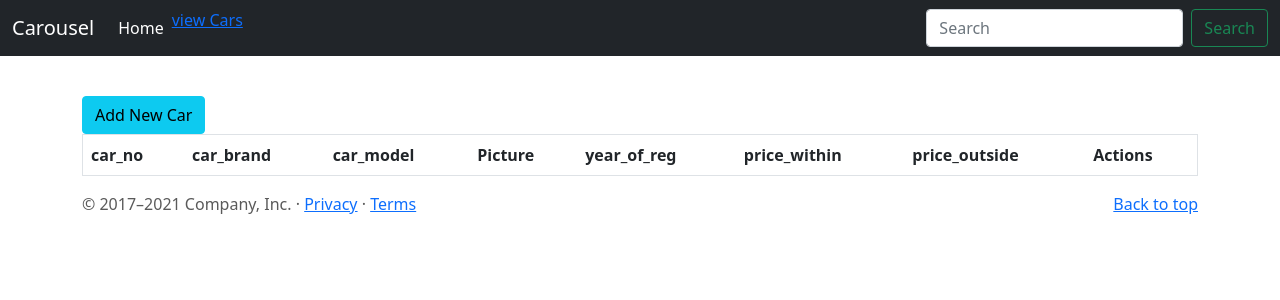
Repository: Cwills21/Aiti-dbc26.1-group-2
Page: http://localhost/cars
An editor plug-in stored every save of this project. The page is shown before and after the next save, followed by the edit.
The browser window is 1280 px wide. The pictures show the whole page.
The page is served by the project's Laravel application, run on PHP 8.4 with Laravel 8. Other server files are loaded and not shown. Queries for data that is not in the repository find no rows.

Above is the page before, as saved 2022-03-09 22:59:20.

### routes/web.php
<?php

use App\Http\Controllers\CarController;
use Illuminate\Support\Facades\Route;

/*
|--------------------------------------------------------------------------
| Web Routes
|--------------------------------------------------------------------------
|
| Here is where you can register web routes for your application. These
| routes are loaded by the RouteServiceProvider within a group which
| contains the "web" middleware group. Now create something great!
|
*/

Route::get('/', function () {
    return view('welcome');
});

Route::get('/dashboard', function () {
    return view('dashboard');
})->middleware(['auth'])->name('dashboard');

require __DIR__.'/auth.php';

//Cars
Route::prefix('/cars')->group(function(){
    Route::get('/', [CarController::class, 'showAllCars'])->name('showAllCars');
    Route::get('/add', [CarController::class, 'showAddCarPage'])->name('showAddCarPage');
    Route::get('/{id}/edit', [CarController::class, 'showEditCarPage'])->name('updateCar');

    Route::post('/', [CarController::class, 'saveCar'])->name('saveCar');
    Route::put('/', [CarController::class, 'updateCar']);
    Route::delete('/', [CarController::class, 'deleteCar'])->name('deleteCar');

    });

### app/Http/Controllers/CarController.php
<?php

namespace App\Http\Controllers;

use Illuminate\Http\Request;
use App\Models\Car;

class CarController extends Controller
{
    public function showAllCars() {
        $allCars = Car::paginate(10);
        return view('cars.list')
                ->with('cars', $allCars);
    }

    public function showAddCarPage(){
       return view('cars.cars-form')
         ->with('car', new Car)
         ->with('edit', false);
    }

    public function showEditCarPage($id){
        $car = Car::findOrFail($id);
        return view('cars.cars-form')
         ->with('edit', true)
         ->with('car', $car);
    }
    public function savecar(Request $request){
        $request->validate([
     'car_no' => 'required|min:3|max:10|unique:cars,car_no',
     'car_brand' => 'required|min:3|max:50',
     'car_model' => 'required|min:3|max:50',
     'year_of_reg' => 'required|min:4|max:4',
     'price_within'=> 'required|numeric',
     'price_outside'=> 'required|numeric',
     'picture'=> 'image',

 ],[
     // custom messages
     'unique' => 'This :attribute is already registered in the system'
 ],[
     // custom attribute names
     'car_no' => 'Car munber',
 ]);
 $path = $request->file('picture')
     ->store('images');
 $newCar = new Car();
 $newCar->car_no = $request->input('car_no');
 $newCar->car_brand = $request->input('car_brand');
 $newCar->car_model = $request->input('car_model');
 $newCar->year_of_reg = $request->input('year_of_reg');
 $newCar->price_within = $request->input('price_within');
 $newCar->price_outside = $request->input('price_outside');
 $newCar->picture = $path;
 $newCar->save();
 session()->flash('alert', $newCar->Carname. ' Added successfully');
 return redirect('/cars');

}
public function updateCar(Request $request){
    $path = $request->file('picture')
     ->store('images');
    $car = Car::findOrFail( $request->input('id'));
    $car->car_no = $request->input('car_no');
    $car->car_brand = $request->input('car_brand');
    $car->car_model = $request->input('car_model');
    $car->year_of_reg = $request->input('year_of_reg');
    $car->price_within = $request->input('price_within');
    $car->price_outside = $request->input('price_outside');
    $car->picture = $path;
    $car->save();
    session()->flash('alert', $car->Carname. ' updated successfully');
    return redirect('/cars');
}
public function deleteCar(Request $request){
    $car = Car::findOrFail( $request->input('id'));
    $car->delete();
    session()->flash('alert', $car->Carname. ' deleted successfully');
    return redirect('/cars');
}
}

### app/Models/Car.php
<?php

namespace App\Models;

use Illuminate\Database\Eloquent\Factories\HasFactory;
use Illuminate\Database\Eloquent\Model;

class Car extends Model
{
    use HasFactory;

    public function getCarnameAttribute(){
        return $this->car_brand. ' '. $this->car_model. ' '. $this->car_no;
    }
}

### resources/views/cars/list.blade.php
@extends('layout.master')

@section('page_title', 'List of Cars')

@section('content')
<div>
    <a href="/cars/add" class="btn btn-info">Add New Car</a>
</div>
  <table class="table border">
  <thead>
    <tr>
      <th scope="col">car_no </th>
      <th scope="col">car_brand</th>
      <th scope="col">car_model</th>
      <th scope="col">Picture</th>
      <th scope="col">year_of_reg</th>
      <th scope="col">price_within</th>
      <th scope="col">price_outside</th>
      <th scope="col">Actions</th>
    </tr>
  </thead>
  <tbody>
      @foreach ($cars as $car)
      <tr>
        <td>{{$car->car_no}}</td>
        <td>{{$car->car_brand}}</td>
        <td>{{$car->car_model}}</td>
        <td><img style="height:80px" src="{{asset($car->picture)}}" class="img-thumbnail rounded"></td>
        <td>{{$car->year_of_reg}}</td>
        <td>{{$car->price_within}}</td>
        <td>{{$car->price_outside}}</td>
        <td class="right">
            <a type="button"
            href="{{route('updateCar', ['id' => $car->id])}}"
            class="btn btn-info">Edit</a>

            <button type="button"
            onclick="openModal('{{$car->Carname}}', '{{$car->id}}')"
            class="btn btn-danger"
            data-bs-toggle="modal"
            data-bs-target="#deleteCarModal">Delete</button>
        </td>
      </tr>

      @endforeach
  </tbody>
</table>

 <form action="/cars" name="delete_form" method="POST">
    @method('DELETE')
    @csrf
    <input type="hidden" id="car_id_in_form" name="id">
</form>

{{-- confirmation modal --}}
<div class="modal fade" tabindex="-1" id="deleteCarModal"
data-bs-backdrop="static"
data-bs-keyboard="false">
  <div class="modal-dialog">
    <div class="modal-content">
      <div class="modal-header">
        <h5 class="modal-title">Confirm Delete</h5>
        <button type="button" class="btn-close" data-bs-dismiss="modal" aria-label="Close"></button>
      </div>
      <div class="modal-body">
        <p>
            Are you sure you want to delete Car :
            <strong><em><span id="car_name_in_modal"></span></em></strong> ?
        </p>
      </div>
      <div class="modal-footer">
        <button type="button" class="btn btn-secondary" data-bs-dismiss="modal">Cancel</button>
        <button type="button" onclick="deleteCar()" class="btn btn-danger">Yes, delete record</button>
      </div>
    </div>
  </div>
</div>

<script>
    function openModal(carName, carId){
       const modalCarName = document.getElementById('car_name_in_modal');
       const formCarId = document.getElementById('car_id_in_form');
       modalCarName.textContent = carName;
       formCarId.value = carId;
    }

    function deleteCar(){
        const deleteForm = document.forms['delete_form'];
        deleteForm.submit();
    }
</script>
{{$cars->links()}}
@endsection

### resources/views/layout/master.blade.php

<!doctype html>
<html lang="en">
  <head>
    <meta charset="utf-8">
    <meta name="viewport" content="width=device-width, initial-scale=1">
    <meta name="description" content="">
    <meta name="author" content="Mark Otto, Jacob Thornton, and Bootstrap contributors">
    <meta name="generator" content="Hugo 0.88.1">
    <title>Carousel Template · Bootstrap v5.1</title>

    <link rel="canonical" href="https://getbootstrap.com/docs/5.1/examples/carousel/">



    <!-- Bootstrap core CSS -->
<link href="https://cdn.jsdelivr.net/npm/bootstrap@5.1.3/dist/css/bootstrap.min.css" rel="stylesheet" integrity="sha384-1BmE4kWBq78iYhFldvKuhfTAU6auU8tT94WrHftjDbrCEXSU1oBoqyl2QvZ6jIW3" crossorigin="anonymous">
    <!-- Favicons -->
<link rel="apple-touch-icon" href="/docs/5.1/assets/img/favicons/apple-touch-icon.png" sizes="180x180">
<link rel="icon" href="/docs/5.1/assets/img/favicons/favicon-32x32.png" sizes="32x32" type="image/png">
<link rel="icon" href="/docs/5.1/assets/img/favicons/favicon-16x16.png" sizes="16x16" type="image/png">
<link rel="manifest" href="/docs/5.1/assets/img/favicons/manifest.json">
<link rel="mask-icon" href="/docs/5.1/assets/img/favicons/safari-pinned-tab.svg" color="#7952b3">
<link rel="icon" href="/docs/5.1/assets/img/favicons/favicon.ico">
<meta name="theme-color" content="#7952b3">


    <style>
      .bd-placeholder-img {
        font-size: 1.125rem;
        text-anchor: middle;
        -webkit-user-select: none;
        -moz-user-select: none;
        user-select: none;
      }

      @media (min-width: 768px) {
        .bd-placeholder-img-lg {
          font-size: 3.5rem;
        }
      }
    </style>


    <!-- Custom styles for this template -->
    <!-- <link href="carousel.css" rel="stylesheet"> -->
    <link href="{{url('css/carousel.css') }}" rel="stylesheet">
  </head>
  <body>

<header>

<div class="collapse navbar-collapse navbar-right">
                    <ul class="nav navbar-nav">
                        <li class="scroll active"><a href="#home">Home</a></li>
                        <li class="scroll"><a href="#services">Our Service</a></li>
                        <li class="scroll"><a href="#about">About Us</a></li>
                        <li class="scroll"><a href="{{ route('showAllCars') }}">view Cars</a></li>
                        <li class="scroll"><a href="#portfolio">Our Cars</a></li>
                        <li class="scroll"><a href="#our-team">Team</a></li>
                        <li class="scroll"><a href="#pricing">Pricing</a></li>
                        <li class="scroll"><a href="#contact-us">Contact</a></li>
                        @if (Route::has('login'))
                        @auth
                        <form method="POST" action="{{ route('logout') }}">
                                    @csrf
                                    <x-responsive-nav-link :href="route('logout')"
                                            onclick="event.preventDefault();
                                                        this.closest('form').submit();">
                                        <li class="scroll">Log Out</li>
                                    </x-responsive-nav-link>
                        </form>
                        @else
                        <li class="scroll">
                            <a href="{{ route('login') }}" class="nav-link text-success">Log in</a>
                        </li>
                            @if (Route::has('register'))
                        <li class="scroll">
                            <a href="{{ route('register') }}" class="nav-link text-info">Register</a>
                        </li>
                            @endif
                        @endauth

                    @endif
                    </ul>

                </div>




  <nav class="navbar navbar-expand-md navbar-dark fixed-top bg-dark">
    <div class="container-fluid">
      <a class="navbar-brand" href="#">Carousel</a>
      <button class="navbar-toggler" type="button" data-bs-toggle="collapse" data-bs-target="#navbarCollapse" aria-controls="navbarCollapse" aria-expanded="false" aria-label="Toggle navigation">
        <span class="navbar-toggler-icon"></span>
      </button>
      <div class="collapse navbar-collapse" id="navbarCollapse">
        <ul class="navbar-nav me-auto mb-2 mb-md-0">
          <li class="nav-item">
            <a class="nav-link active" aria-current="page" href="/">Home</a>
          </li>
          <li class="nav-item">
          <a href="{{ route('showAllCars') }}">view Cars</a>
          </li>
          <!-- <li class="nav-item">
            <a class="nav-link disabled">Disabled</a>
          </li> -->
        </ul>
        <form class="d-flex">
          <input class="form-control me-2" type="search" placeholder="Search" aria-label="Search">
          <button class="btn btn-outline-success" type="submit">Search</button>
        </form>
      </div>
    </div>
  </nav>
</header>



<div class="container mt-5">
        @include('common.alert')
        {{-- @include('common.errors') --}}
        @yield('content')
</div>


  <!-- FOOTER -->
  <footer class="container">
    <p class="float-end"><a href="#">Back to top</a></p>
    <p>&copy; 2017–2021 Company, Inc. &middot; <a href="#">Privacy</a> &middot; <a href="#">Terms</a></p>
  </footer>

<!-- JavaScript Bundle with Popper -->
<script src="https://cdn.jsdelivr.net/npm/bootstrap@5.1.3/dist/js/bootstrap.bundle.min.js" integrity="sha384-ka7Sk0Gln4gmtz2MlQnikT1wXgYsOg+OMhuP+IlRH9sENBO0LRn5q+8nbTov4+1p" crossorigin="anonymous"></script>

  </body>
</html>

### resources/views/common/alert.blade.php
 @if(session()->has('alert'))
 <div class="alert alert-success" role="alert">
  {{session('alert')}}
</div>
@endif

### public/css/carousel.css
/* GLOBAL STYLES
-------------------------------------------------- */
/* Padding below the footer and lighter body text */

body {
  padding-top: 3rem;
  padding-bottom: 3rem;
  color: #5a5a5a;
}


/* CUSTOMIZE THE CAROUSEL
-------------------------------------------------- */

/* Carousel base class */
.carousel {
  margin-bottom: 4rem;
}
/* Since positioning the image, we need to help out the caption */
.carousel-caption {
  bottom: 3rem;
  z-index: 10;
}

/* Declare heights because of positioning of img element */
.carousel-item {
  height: 32rem;
}
.carousel-item > img {
  position: absolute;
  top: 0;
  left: 0;
  min-width: 100%;
  height: 32rem;
}


/* MARKETING CONTENT
-------------------------------------------------- */

/* Center align the text within the three columns below the carousel */
.marketing .col-lg-4 {
  margin-bottom: 1.5rem;
  text-align: center;
}
.marketing h2 {
  font-weight: 400;
}
/* rtl:begin:ignore */
.marketing .col-lg-4 p {
  margin-right: .75rem;
  margin-left: .75rem;
}
/* rtl:end:ignore */


/* Featurettes
------------------------- */

.featurette-divider {
  margin: 5rem 0; /* Space out the Bootstrap <hr> more */
}

/* Thin out the marketing headings */
.featurette-heading {
  font-weight: 300;
  line-height: 1;
  /* rtl:remove */
  letter-spacing: -.05rem;
}


/* RESPONSIVE CSS
-------------------------------------------------- */

@media (min-width: 40em) {
  /* Bump up size of carousel content */
  .carousel-caption p {
    margin-bottom: 1.25rem;
    font-size: 1.25rem;
    line-height: 1.4;
  }

  .featurette-heading {
    font-size: 50px;
  }
}

@media (min-width: 62em) {
  .featurette-heading {
    margin-top: 7rem;
  }
}

Loaded but not shown: routes/auth.php (common file); app/Http/Controllers/Controller.php (common file); resources/views/components/responsive-nav-link.blade.php (common file)

After the next save:
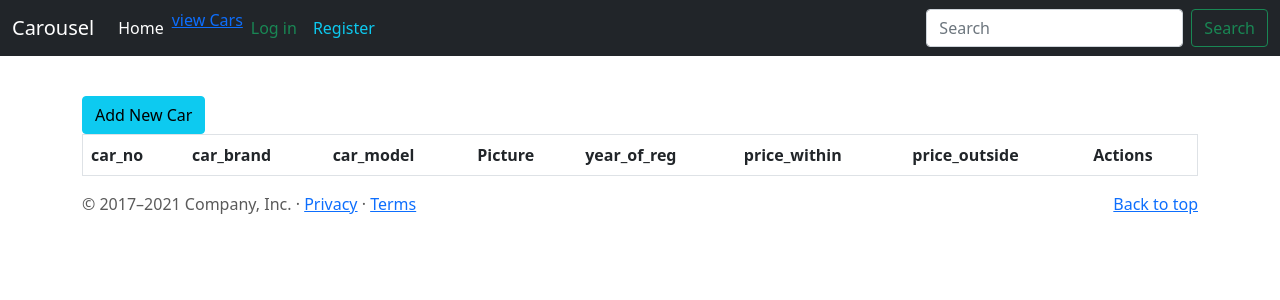
Saved 2 min 43 s later.
--- a/resources/views/layout/master.blade.php
+++ b/resources/views/layout/master.blade.php
@@ -50,45 +50,6 @@
 
 <header>
 
-<div class="collapse navbar-collapse navbar-right">
-                    <ul class="nav navbar-nav">
-                        <li class="scroll active"><a href="#home">Home</a></li>
-                        <li class="scroll"><a href="#services">Our Service</a></li>
-                        <li class="scroll"><a href="#about">About Us</a></li>
-                        <li class="scroll"><a href="{{ route('showAllCars') }}">view Cars</a></li>
-                        <li class="scroll"><a href="#portfolio">Our Cars</a></li>
-                        <li class="scroll"><a href="#our-team">Team</a></li>
-                        <li class="scroll"><a href="#pricing">Pricing</a></li>
-                        <li class="scroll"><a href="#contact-us">Contact</a></li>
-                        @if (Route::has('login'))
-                        @auth
-                        <form method="POST" action="{{ route('logout') }}">
-                                    @csrf
-                                    <x-responsive-nav-link :href="route('logout')"
-                                            onclick="event.preventDefault();
-                                                        this.closest('form').submit();">
-                                        <li class="scroll">Log Out</li>
-                                    </x-responsive-nav-link>
-                        </form>
-                        @else
-                        <li class="scroll">
-                            <a href="{{ route('login') }}" class="nav-link text-success">Log in</a>
-                        </li>
-                            @if (Route::has('register'))
-                        <li class="scroll">
-                            <a href="{{ route('register') }}" class="nav-link text-info">Register</a>
-                        </li>
-                            @endif
-                        @endauth
-
-                    @endif
-                    </ul>
-
-                </div>
-
-
-
-
   <nav class="navbar navbar-expand-md navbar-dark fixed-top bg-dark">
     <div class="container-fluid">
       <a class="navbar-brand" href="#">Carousel</a>
@@ -103,9 +64,28 @@
           <li class="nav-item">
           <a href="{{ route('showAllCars') }}">view Cars</a>
           </li>
-          <!-- <li class="nav-item">
-            <a class="nav-link disabled">Disabled</a>
-          </li> -->
+          @if (Route::has('login'))
+                        @auth
+                        <form method="POST" action="{{ route('logout') }}">
+                                    @csrf
+                                    <x-responsive-nav-link :href="route('logout')"
+                                            onclick="event.preventDefault();
+                                                        this.closest('form').submit();">
+                                        <li class="nav-item">Log Out</li>
+                                    </x-responsive-nav-link>
+                        </form>
+                        @else
+                        <li class="nav-item">
+                            <a href="{{ route('login') }}" class="nav-link text-success">Log in</a>
+                        </li>
+                            @if (Route::has('register'))
+                        <li class="nav-item">
+                            <a href="{{ route('register') }}" class="nav-link text-info">Register</a>
+                        </li>
+                            @endif
+                        @endauth
+
+                    @endif
         </ul>
         <form class="d-flex">
           <input class="form-control me-2" type="search" placeholder="Search" aria-label="Search">
